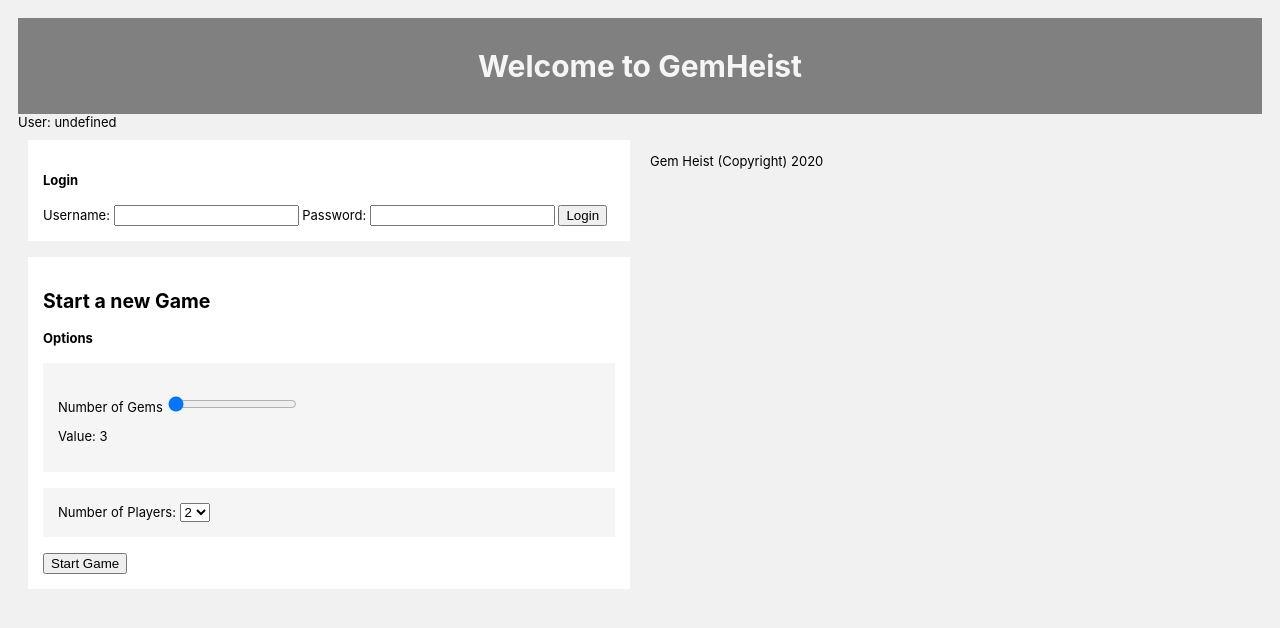
Repository: komalharjani/Gem-Heist
Page: content/index.html
These files come from the project's save history. The page is drawn as it stood at one moment and after the next save; the edit follows.
The browser window is 1280 px wide. The pictures show the whole page.
The page's requests for data from a server got no answer.

Above is the page before, as saved 2020-04-09 17:10:31.
Console error: TypeError: Cannot read properties of undefined (reading 'length')

### content/index.html
<!DOCTYPE html>
<html>
<head>
  <meta charset="utf-8">
  <meta http-equiv="X-UA-Compatible" content="IE=edge">
  <title>Gem Heist</title>
  <meta name="viewport" content="width=device-width, initial-scale=1">
  <link href="https://fonts.googleapis.com/icon?family=Material+Icons" rel="stylesheet">
  <link href="style.css" rel="stylesheet">

</head>

<body>
    <!--Header-->
    <div class="header">
        <h2>Welcome to GemHeist</h2>
    </div>

  <nav id="status-and-control">
    <span id="userName">User's name</span>
    <!--<span id="score">0 wins, 0 loses, 0 draws</span>
    <button id="btnLogout">Logout</button>-->
  </nav>

  <main>

  </main>

</body>

  <footer>
    <div class="centercolumn">
    <p>Gem Heist (Copyright) 2020</p>
   </div>
  </footer>


<script src="main.js"></script>

</html>

### content/style.css
* {
    box-sizing: border-box;
  }

  /* Add a gray background color with some padding */
  body {
    font-family: -apple-system, BlinkMacSystemFont, 'Segoe UI', Roboto, Oxygen, Ubuntu, Cantarell, 'Open Sans', 'Helvetica Neue', sans-serif;
    padding: 10px;
    background: #f1f1f1;
    font-size: 13px;
  }
  table {
    font-family: arial, sans-serif;
    border-collapse: collapse;
    width: 100%;
  }

  td, th {
    border: 1px solid #dddddd;
    text-align: left;
    padding: 8px;
  }

  tr:nth-child(even) {
    background-color: #dddddd;
  }
  /* Header Title */
  .header {
    padding: 5px;
    font-size: 20px;
    text-align: center;
    background: grey;
    color: whitesmoke;
  }

  .login {
    width:300px;
    height:150px;
    position: fixed;
    top: 50%;
    left: 50%;
    margin-top: -125px;
    margin-left: -150px;
  }


  /* Alerts and Gems */

  .gem {
    background-color: white;
    justify-content: center;
  }

  .gem:hover {
    background-color: rgb(240, 240, 240);
  }

  .alarm {
    background-color: rgb(200, 0, 0);
  }

  .white {
    background-color: white;
  }

  .alarm:hover {
    background-color: rgb(136, 0, 0);
  }

  .empty {
    background-color: white;
  }

  /* Split Screen into Columns */

  .rightcolumn {
    float: right;
    width: 50%;
    padding: 10px;
  }

  .centercolumn {
    float: left;
    width: 50%;
    padding: 10px;
  }

  .box {
    background-color: whitesmoke;
    width: 100%;
    padding: 15px;
  }

  .voteFilter {
    background-color: black;
    width: 100%;
    padding: 15px;
  }

  .card {
     background-color: white;
     padding: 15px;
  }

  .row:after {
    content: "";
    display: table;
    clear: both;
  }

  /* Footer */
  .footer {
    padding: 20px;
    text-align: center;
    background: #ddd;
    margin-top: 20px;
  }

  /* Responsive layout - when the screen is less than 800px wide, make the two columns stack on top of each other instead of next to each other */
  @media screen and (max-width: 800px) {
    .leftcolumn, .rightcolumn {
      width: 100%;
      padding: 0;
    }
  }

  tr:nth-child(even) {
    background-color: #3b37377c;
  }

### content/main.js
// api object with endpoints and methods for various request types.

const api = {
  endpoints: [
    "/getPlayer/",
    "/getGame/",
    "/getOpenGames/",
    "/addPlayer",
    "/getTurn",
    "/makeMove"
  ],

  get: async function (endpoint, params) {
    if (typeof (params) == "object") {
      params = "?" + params.join("&");
    }
    try {
      const getResponse = await fetch(this.endpoints[endpoint] + params);
      const json = await getResponse.json();
      return json;
    } catch (error) {
      alert("There was a problem communicating with the Gem Heist API. Error: " + error);
      console.error("There was a problem communicating with the Gem Heist API. Error: " + error);
    }
  },
  post: async function (endpoint, data) {
    try {
      const postResponse = await fetch(this.endpoints[endpoint] + parameter + endpoint + this.key, {
        body: JSON.stringify(data),
        headers: {
          'Accept': 'application/json',
          'Content-Type': 'application/json'
        },
        method: 'POST'
      });
      const json = await postResponse.json();
      return json;
    } catch (error) {
      alert("There was a problem communicating with the Gem Heist API. Error: " + error);
      console.error("There was a problem communicating with the Gem Heist API. Error: " + error);
    }
  }
}

// controller object is in charge of the Gem Heist client-side and controls all the model and view updates (except the model's initial updates)

const controller = {
  pieces: [],
  currState: [],
  //initialies everything that's required for the game's start display
  init: async function () {
    await model.init();
    view_frame.init();
    view_userStatus.init();
    view_startGame.init();
    if (controller.getOpenGames().length >= 1) {
      view_startGame.listOpenGames();
    }
  },
  //called, when a user starts a new game
  startGame: async function () {
    model.game = await api.get(1, model.player);
    view_frame.clear();
    view_game.init();
    this.createBoard();
    controller.getTurn();
  },

  //called, when a user joins an existing game
  joinGame: async function (gameId) {
    model.game = gameId;
    view_frame.clear();
    view_game.init();
    if (await api.get(3, ["gameid=" + gameId, "playerid=" + model.player])) {
      view_game.activate();
    }
    else {
      view_game.deactivate();
    }
  },

  fillingArrays: function() {

  },

  createBoard: function () {

    const width = 7;
    var gemChar = '&#128142';
    var noGems = 12; //Hardcoded to 9 - but change to responsive
    //var noGems = document.getElementById("slider").value;
    height = (2 / 3 * noGems) + 1;

    for (var i = 0; i < height; i++) {
      controller.pieces[i] = [];
  }

  for (var i = 0; i < height; i++) {
    controller.currState[i] = [];
    for (var j = 0; j < width; j++) {
        controller.currState[i].push(true); //default all true
    }
}

var table = document.createElement("table");
for (var i = 0; i < height; i++) { //loop through height
    var row = document.createElement('tr'); //create rows for each height
    for (var j = 0; j < width; j++) { //loop through width
        var cell = document.createElement('td'); //create columns for each width
        controller.pieces[i].push(cell);
        cell.setAttribute("row", i);
        cell.setAttribute("col", j);
        if(controller.currState[i][j] == true) {
        if (j % 2 && i % 2) { //identify gem cells
            //currentState[0].push(cell);
            cell.innerHTML = gemChar;
            cell.className = "gem";
            //move event listener to turn handler function
            cell.addEventListener('click', function(event){
                this.innerHTML  = "name";
                controller.disableAlarm();
            })
        }
        else if (j % 2 || i % 2) { //identify alarm cells
            cell.className = "alarm";
            cell.addEventListener('click', function(event){
              this.className = "white";
                controller.disableAlarm();
            })
        }
    }
    else {
        cell.className = "white"
    }
        row.appendChild(cell);
    }
    table.appendChild(row);
}
document.body.appendChild(table);

//display in this div
let divContainer = document.getElementById("game");
divContainer.innerHTML = "";
divContainer.appendChild(table);
},

  //Capture Alarm Function
  disableAlarm: function() {
    this.makeMove();
      let currRow = event.target.getAttribute("row"); //curr row
      let currCol = event.target.getAttribute("col"); //curr col
      let alarmsAroundEvent = [];
      let gemsFound = [];
      let leftCell;
      let rightCell;
      let upCell;
      let downCell;
      let one = 1;
      let alarmsAroundGemsFound = [];

      controller.currState[currRow][currCol] = (false); //bind false to cell.className = "white";
      //add move to replay

      if (currRow - 1 >= 0) {
          upCell = controller.pieces[currRow - 1][currCol];
          alarmsAroundEvent.push(upCell);
      } if (currCol - 1 >= 0) {
          leftCell = controller.pieces[currRow][currCol - 1];
          alarmsAroundEvent.push(leftCell);
      } if (currRow + 1 < height) {
          downCell = controller.pieces[currRow + 1][currCol];
          alarmCheck.push(downCell);
      } if (currCol < width) {
          //     rightCell = [currRow][currCol+1];
          //     alarmCheck.push(rightCell);
      }

      console.log(upCell);
      console.log(leftCell);
      console.log(alarmsAroundEvent);
      //}

      //loop 1 find gems around alarms
      for (let i = 0; i < alarmsAroundEvent.length; i++) {
          if (alarmsAroundEvent[i].className == "gem") {
              gemsFound.push(alarmsAroundEvent[i]);
          }
      }

      //loop 2 - check for alarms around each gem to see if gem should be captured
      for (let i = 0; i < gemsFound.length; i++) {
          let gemRow = gemsFound[i].getAttribute("row");
          let gemCol = gemsFound[i].getAttribute("col");

          let alarmUp = (pieces[gemRow - 1][gemCol]);
          let alarmLeft = (pieces[gemRow][gemCol - 1]);
          //let alarmRight = (pieces[gemRow + 1][gemCol]);
          //let alarmDown = (pieces[gemRow + 1][gemCol]);

          alarmsAroundGemsFound.push(alarmUp, alarmLeft);

          for (let j = 0; j < alarmsAroundGemsFound.length; j++) {
              if (alarmsAroundGemsFound[i].className == "white") {
                  alarmsAroundGemsFound.pop[i];
              }
          }
          console.log(alarmsAroundGemsFound);

          if (alarmsAroundGemsFound.length == 0) {
              gemsFound.className = "white";
              gemsFound.innerHTML = "name";
              //add move to replay
              //currState[gemRow][gemCol] = (false);
              //model.Player.score++;
              declareWinner();
          }
          else {
              //Next Turn
          }
      }
  },

  replay: function() {
    //queue

  },

  declareWinner: function() {
    let gemsToWin = player.length / noGems;
    if (player.score = gemsToWin) {
        //alert
        //kill game
        //update leagueboard
    }
    else {
        //next turn
    }
},

  //returns the games that are currently open to be joined
  getOpenGames: function () {
    return model.openGames;
  },


  //returns the user's id that is permanently stored in the model
  getUser: function () {
    return model.player;
  },

  //in order to know when it's one's turn the client has to constantly send requests to the api in order to check
  getTurn: function () {
    let turnPolling = setInterval(async function () {
      let myTurn = await api.get(4, ["gameid=" + model.game, "playerid=" + model.player]);
      if (myTurn) {
        clearInterval(turnPolling);
        view_game.activate();
      }
    }, 5000);
  },

  /* this is a preliminary method that should be called when a player makes a move.
  Any board's state could be passed through this api call*/
  makeMove: async function () {
    await api.get(5, ["gameid=" + model.game, "playerid=" + model.player]);
    view_game.deactivate();
    controller.getTurn();
  }
}

// the client's model stores all the data that the client needs. This does not include information about other players ids, etc.
const model = {
  player: 0,
  game: 0,
  openGames: [],
  pieces: [],
  currState: [],
  /* When a new client is started, it "registers" itself through the api and gets a unique id
  it will also poll all the currently open games, so that the user can join any of them*/
  init: async function () {
    this.player = await api.get(0, "");
    this.openGames = await api.get(2, "");
  }

}


//This view is in charge of displaying the game's top user status bar
const view_userStatus = {
  init: function () {
    this.userElem = document.getElementById('userName');
    //this.scoreElem = document.getElementById('score');
    this.render();
  },
  render: function () {
    this.userElem.innerHTML = 'User: ' + controller.getUser();
  }
}

//View_frame is just a container that can hold different views according to the game's stage
const view_frame = {
  init: function () {
    this.mainElem = document.getElementsByTagName('main')[0];
  },
  clear: function () {
    while (this.mainElem.firstChild) {
      this.mainElem.removeChild(this.mainElem.lastChild);
    }


  }
}

///view_startGame displays the information and controls about starting or joining a game
const view_startGame = {
  init: function () {
    this.mainElem = document.getElementsByTagName('main')[0];
    this.html1 = `<section>
    <div class="centercolumn" id="scoreboard">
      <div class="card">
        <h4>Login</h4>
        <div class="yaks">
            <label for="fname">Username:</label>
            <input type="text" id="fname" name="fname">
            <label for="lname">Password:</label>
            <input type="text" id="lname" name="lname">
            <input type="submit" value="Login">
        </div>
    </div><br>
      <div class="card" id="board">
        <h2>Start a new Game</h2>
          <h4>Options</h4>
            <div class="box"><br>
                <label for="myRange">Number of Gems</label>
                <input type="range" id="slider" min="3" max="20" value="3" step="3" oninput="document.getElementById('demo').innerHTML=this.value;model.gems=this.value;" class="slider"></input>
                <p>Value: <span id="demo">3</span></p>
            </div><br>

            <div class="box">
                <label for="noPlayers">Number of Players:</label>
                <select id="noPlayers">
                    <option value="2">2</option>
                    <option value="3">3</option>
                    <option value="4">4</option>
                    <option value="5">5</option>
                  </select>
            </div><br>
            <button id="btnStart" onclick="controller.startGame()">Start Game</button>
            </div>
            </div>
        </div>
        </div>
        </section>`;
    this.mainElem.innerHTML = this.html1;

    this.html2 = `<section>
      <h2>Join a Game</h2>
      <ul id="games">
      </ul>
    </section>`

  },

  listOpenGames: function () {
    this.mainElem.innerHTML = this.html1 + this.html2;
    this.gamesElem = document.getElementById('games');
    for (gameId of controller.getOpenGames()) {
      let listElem = document.createElement('li');
      let spanElem = document.createElement('span');
      let btnElem = document.createElement('button');
      spanElem.innerHTML = gameId + " ";
      btnElem.addEventListener('click', (function (gameId) {
        return function () {
          controller.joinGame(gameId);
        };
      })(gameId));
      btnElem.innerHTML = "Join game";
      listElem.append(spanElem);
      listElem.append(btnElem);
      this.gamesElem.append(listElem);
    }

  }
}

// This view should contain the game's board and information about the current score and turn
//1. INSERT BOARD HERE
const view_game = {
  init: function () {
    this.mainElem = document.getElementsByTagName('main')[0];
    this.html = `
    <section id="gamePlayed">
    <div class="centercolumn">
        <div class="card" style="height:500px">
            <h4 >Current Game</h4>
            <div class="yaks" id="game">
            <button id="makeMove">Make move</button>
            </div>
        </div>
    </div>
    <div class="centercolumn">
      <div class="card" style="height:500px">
        <h4 >Score</h4>
         <span>Your Score: </span>
         <span id="score">0</span>
         <div id="notice"></div>
      </div>
    </div>
    </section>`
    this.mainElem.innerHTML = this.html;
    document.getElementById("makeMove").addEventListener('click', controller.makeMove);
    this.deactivate();
  },
  //If it's another player's turn the view needs to be deactivted
  deactivate: function () {
    document.getElementById("notice").innerHTML = "Not your turn or not enough players yet.";
    //the makeMove button is preliminary only, eventually moves should be made straight through the board
    document.getElementById("makeMove").removeEventListener('click', controller.makeMove);
    document.getElementById("makeMove").disabled = true;
  },
  //...and activated again once the turn starts
  activate: function () {
    document.getElementById("notice").innerHTML = "It's your turn now";
    document.getElementById("makeMove").addEventListener('click', controller.makeMove);
    document.getElementById("makeMove").disabled = false;
  }
}
controller.init();

After the next save:
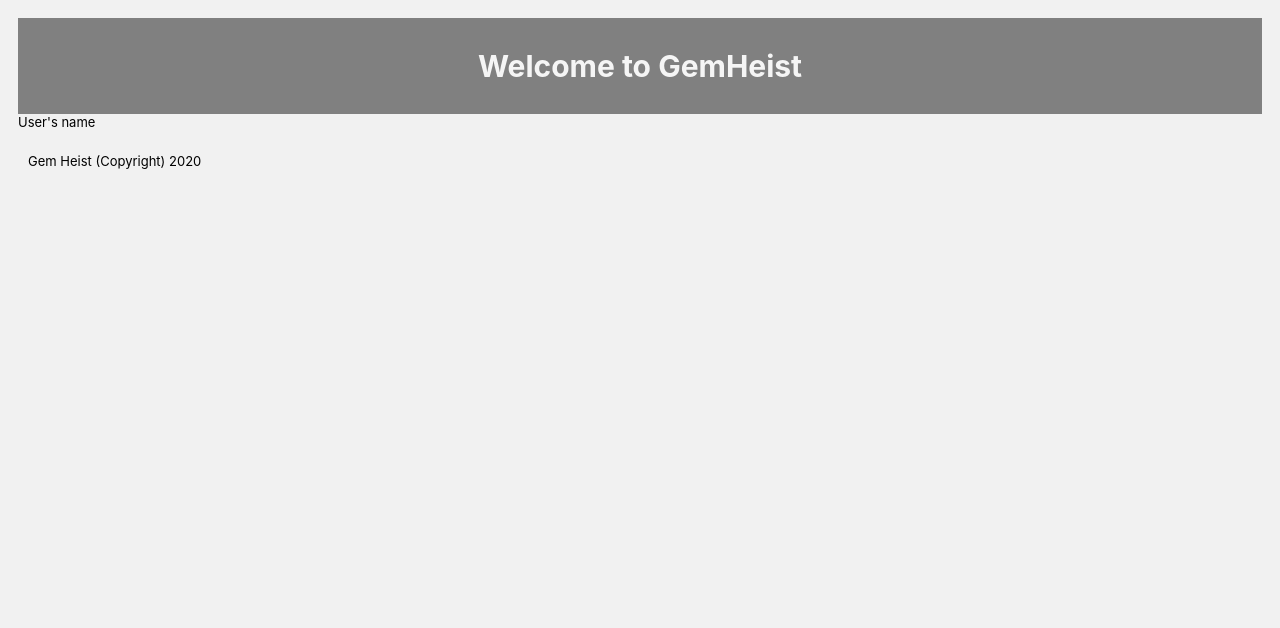
Console error: ReferenceError: noGems is not defined
Saved 119 s later.
--- a/content/main.js
+++ b/content/main.js
@@ -84,13 +84,6 @@
   },
 
   createBoard: function () {
-
-    const width = 7;
-    var gemChar = '&#128142';
-    var noGems = 12; //Hardcoded to 9 - but change to responsive
-    //var noGems = document.getElementById("slider").value;
-    height = (2 / 3 * noGems) + 1;
-
     for (var i = 0; i < height; i++) {
       controller.pieces[i] = [];
   }
@@ -275,6 +268,12 @@
   openGames: [],
   pieces: [],
   currState: [],
+  width: 7,
+  gemChar: '&#128142',
+  noGems: 12, //change from hardcoded to responsive
+  //var noGems = document.getElementById("slider").value;
+  height: (2 / 3 * noGems) + 1,
+
   /* When a new client is started, it "registers" itself through the api and gets a unique id
   it will also poll all the currently open games, so that the user can join any of them*/
   init: async function () {

After the 2 saves that followed:
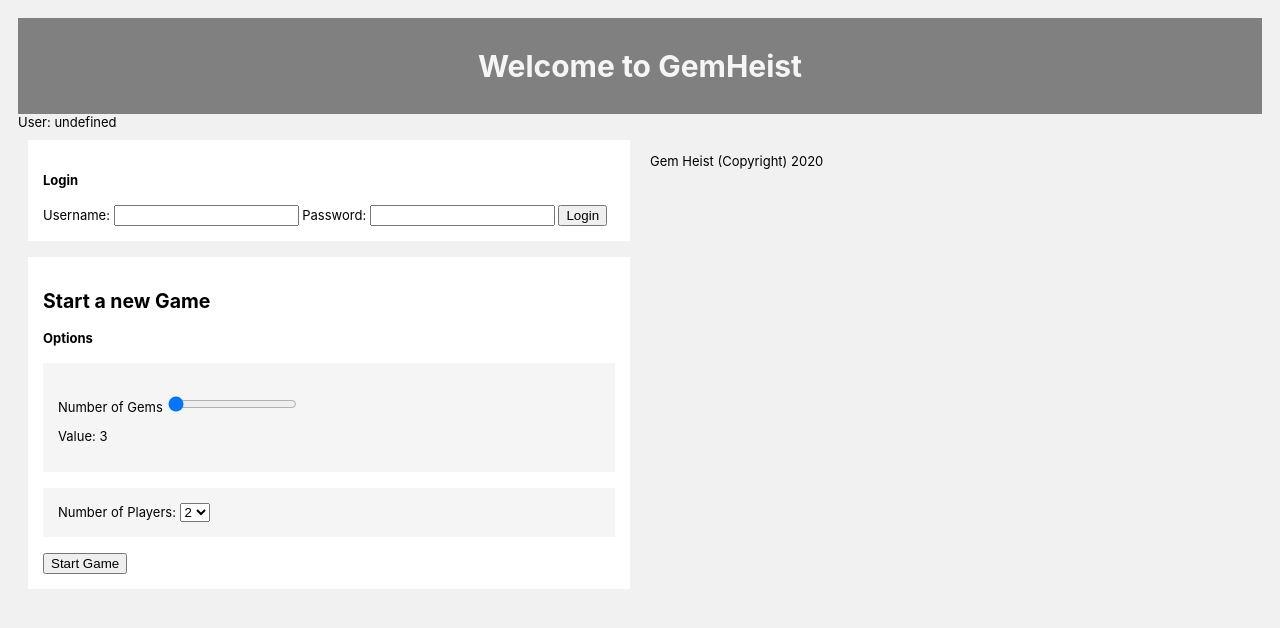
Console error: TypeError: Cannot read properties of undefined (reading 'length')
The 2 saves are shown as one change because 1 left the picture as it was.
The last was saved 2 min 28 s later.
--- a/content/main.js
+++ b/content/main.js
@@ -45,8 +45,6 @@
 // controller object is in charge of the Gem Heist client-side and controls all the model and view updates (except the model's initial updates)
 
 const controller = {
-  pieces: [],
-  currState: [],
   //initialies everything that's required for the game's start display
   init: async function () {
     await model.init();
@@ -84,26 +82,26 @@
   },
 
   createBoard: function () {
-    for (var i = 0; i < height; i++) {
-      controller.pieces[i] = [];
-  }
-
-  for (var i = 0; i < height; i++) {
-    controller.currState[i] = [];
-    for (var j = 0; j < width; j++) {
-        controller.currState[i].push(true); //default all true
+    for (var i = 0; i < model.height; i++) {
+      model.pieces[i] = [];
+  }
+
+  for (var i = 0; i < model.height; i++) {
+    model.currState[i] = [];
+    for (var j = 0; j < model.width; j++) {
+        model.currState[i].push(true); //default all true
     }
 }
 
 var table = document.createElement("table");
-for (var i = 0; i < height; i++) { //loop through height
+for (var i = 0; i < model.height; i++) { //loop through height
     var row = document.createElement('tr'); //create rows for each height
-    for (var j = 0; j < width; j++) { //loop through width
+    for (var j = 0; j < model.width; j++) { //loop through width
         var cell = document.createElement('td'); //create columns for each width
-        controller.pieces[i].push(cell);
+        model.pieces[i].push(cell);
         cell.setAttribute("row", i);
         cell.setAttribute("col", j);
-        if(controller.currState[i][j] == true) {
+        if(model.currState[i][j] == true) {
         if (j % 2 && i % 2) { //identify gem cells
             //currentState[0].push(cell);
             cell.innerHTML = gemChar;
@@ -151,19 +149,19 @@
       let one = 1;
       let alarmsAroundGemsFound = [];
 
-      controller.currState[currRow][currCol] = (false); //bind false to cell.className = "white";
+      model.currState[currRow][currCol] = (false); //bind false to cell.className = "white";
       //add move to replay
 
       if (currRow - 1 >= 0) {
-          upCell = controller.pieces[currRow - 1][currCol];
+          upCell = model.pieces[currRow - 1][currCol];
           alarmsAroundEvent.push(upCell);
       } if (currCol - 1 >= 0) {
-          leftCell = controller.pieces[currRow][currCol - 1];
+          leftCell = model.pieces[currRow][currCol - 1];
           alarmsAroundEvent.push(leftCell);
-      } if (currRow + 1 < height) {
-          downCell = controller.pieces[currRow + 1][currCol];
+      } if (currRow + 1 < model.height) {
+          downCell = model.pieces[currRow + 1][currCol];
           alarmCheck.push(downCell);
-      } if (currCol < width) {
+      } if (currCol < model.width) {
           //     rightCell = [currRow][currCol+1];
           //     alarmCheck.push(rightCell);
       }
@@ -272,7 +270,9 @@
   gemChar: '&#128142',
   noGems: 12, //change from hardcoded to responsive
   //var noGems = document.getElementById("slider").value;
-  height: (2 / 3 * noGems) + 1,
+  height: (2 / 3 * 12) + 1,
+  pieces: [],
+  currState: [],
 
   /* When a new client is started, it "registers" itself through the api and gets a unique id
   it will also poll all the currently open games, so that the user can join any of them*/
